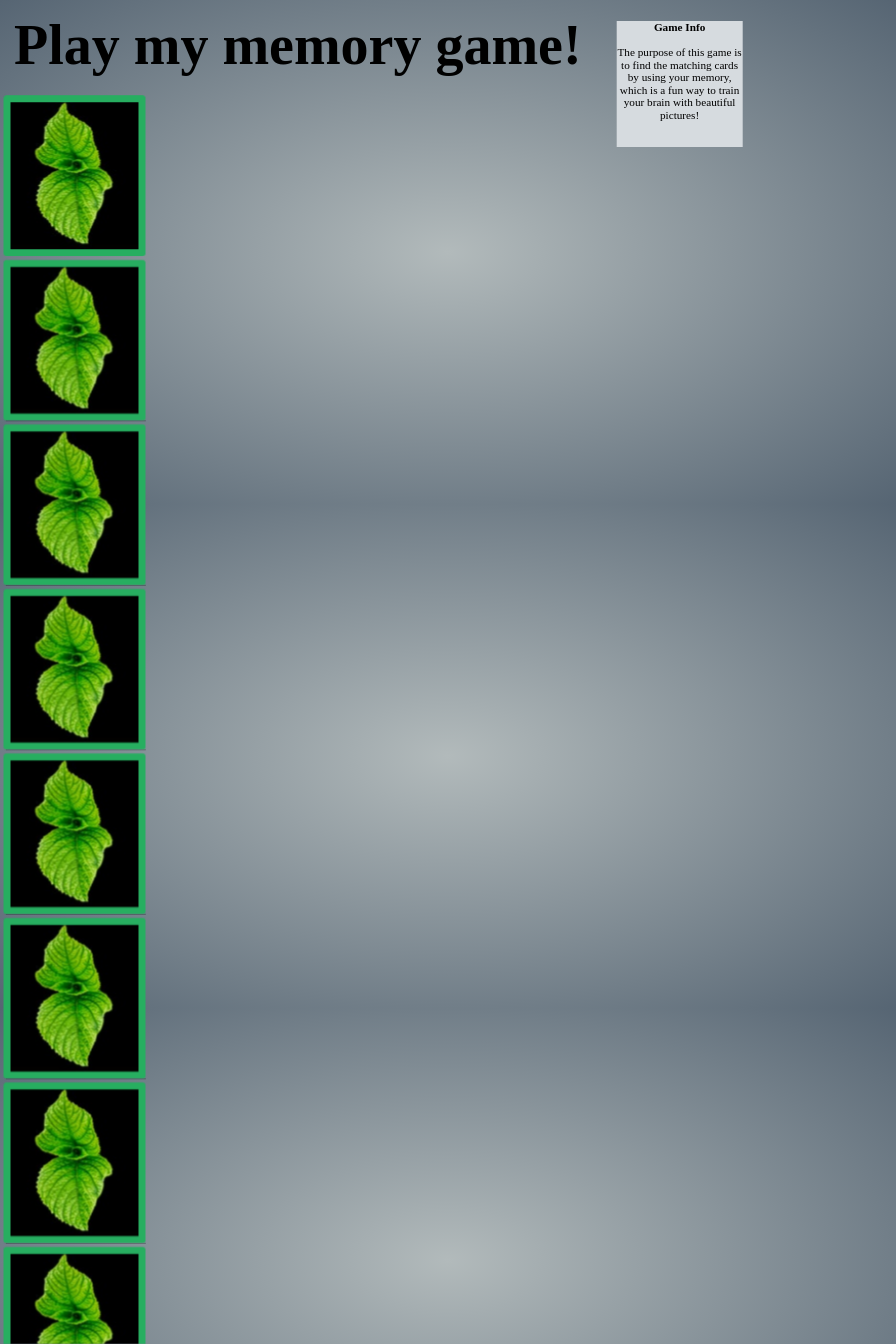
Repository: Code-Institute-Submissions/Milestone-Project-24
Page: index2.html
The author's editor kept a record of every edit. The page is drawn from the files as they stood at one moment, then again after the next edit.
The browser window is 1280 px wide. The pictures show the part of the page from y = 0 to 1920 px (the page is 4831 px tall), at 70% of full size.

Above is the page before.
Console error: SyntaxError: Unexpected token 'return'

After the next edit:
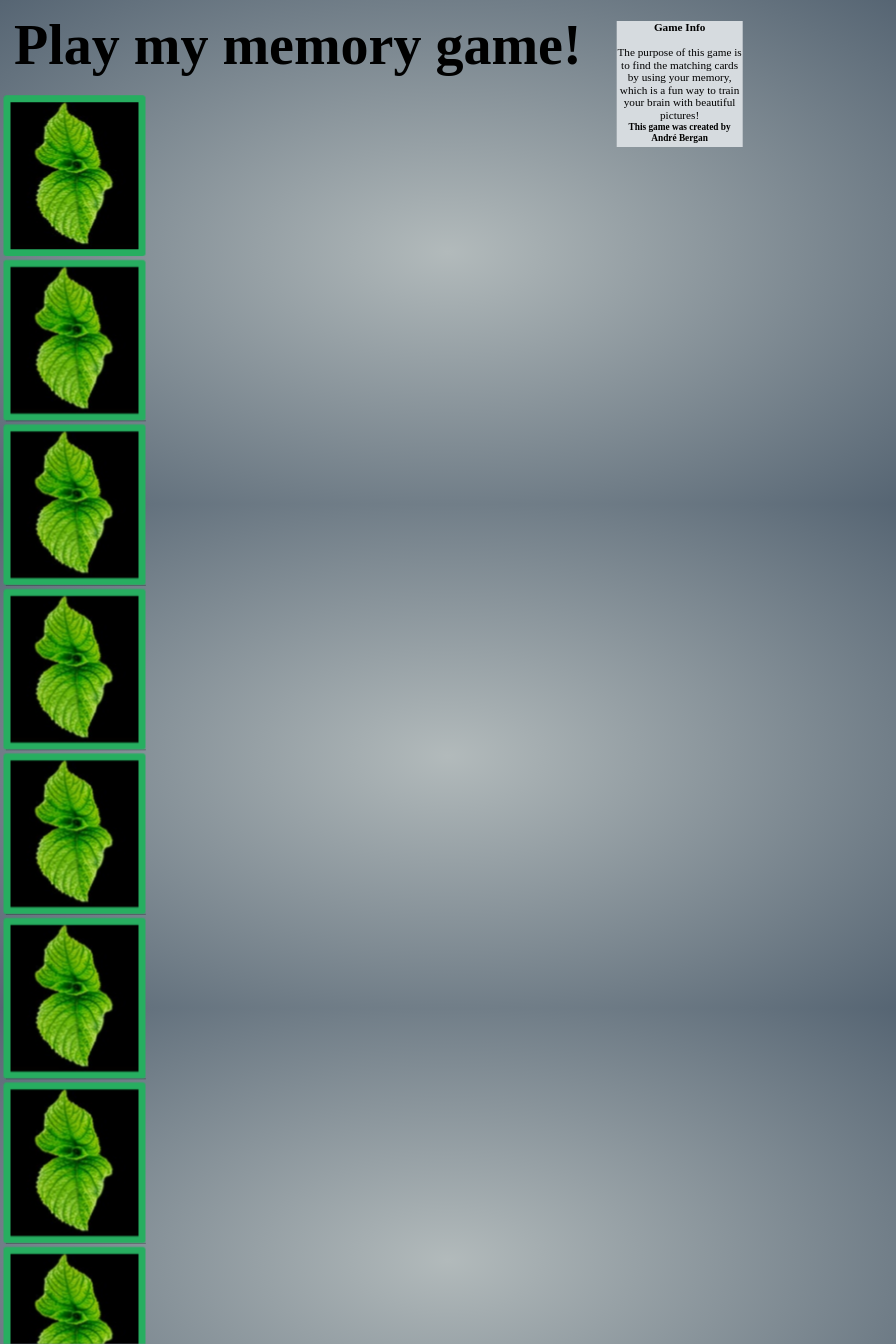
The edit:
--- a/index2.html
+++ b/index2.html
@@ -107,6 +107,7 @@
             <h4>Game Info</h4>
             <br>
             <p class="game-description">The purpose of this game is to find the matching cards by using your memory, which is a fun way to train your brain with beautiful pictures!</p>
+            <h5>This game was created by André Bergan</h5>
         </div>
     </footer>
     <script src="assets/js/main.js"></script>
